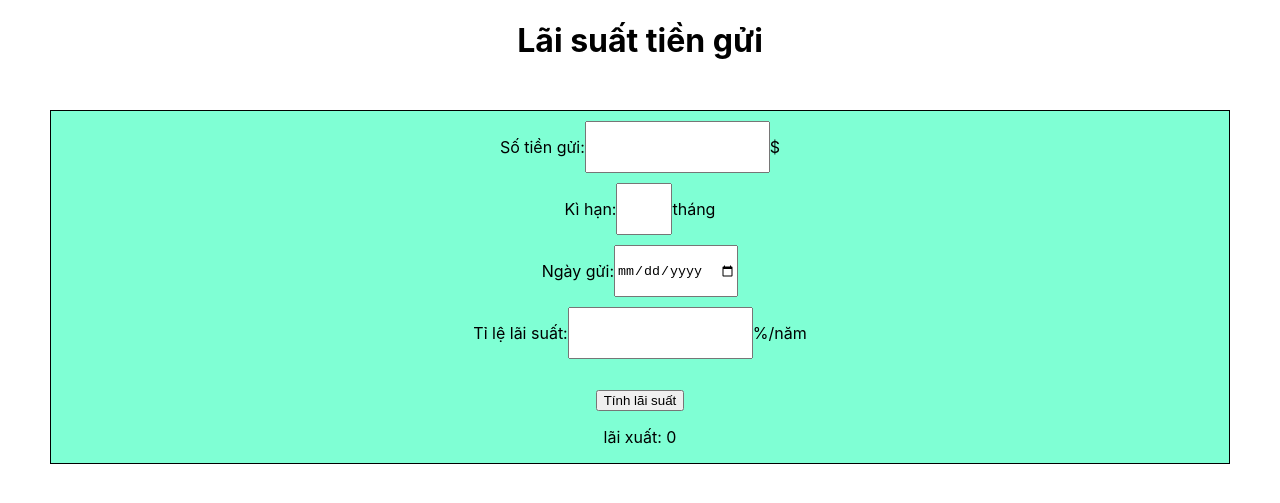
Repository: Trinvm1997/ReactExercise
Page: / (app in interest_rate/)
The author's editor kept a copy of each file at every save. The page is drawn from the files as they stood at one save, then again after the next save.
The browser window is 1280 px wide. The pictures show the whole page.
The project was rebuilt for these pictures with package versions that can differ from the ones it lists, and the page was loaded fresh each time.

Above is the page before, as saved 2020-12-24 10:15:53.

After the next save:
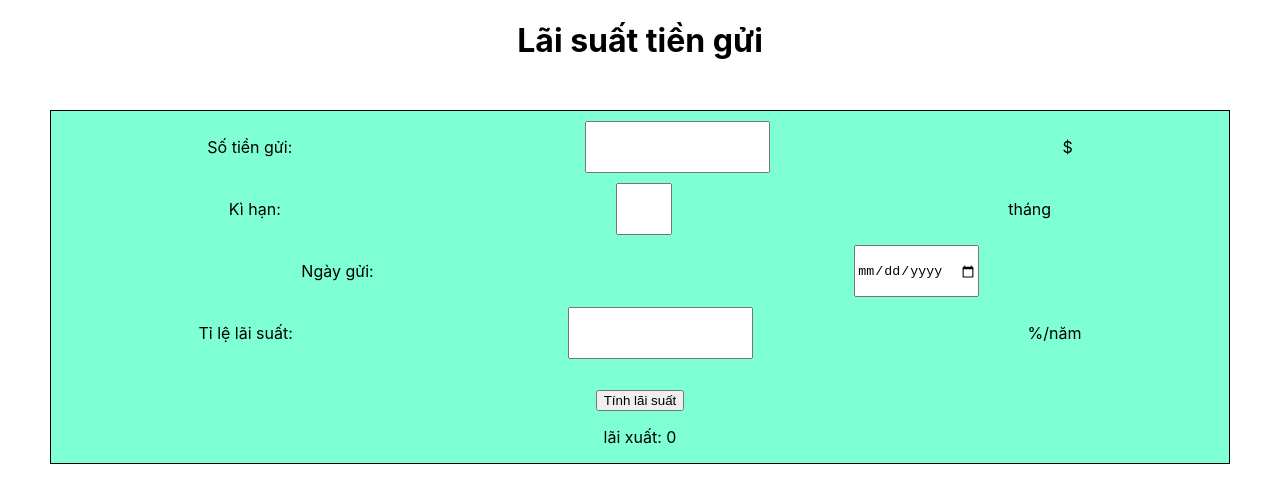
Saved 10 s later.
--- a/interest_rate/src/App.css
+++ b/interest_rate/src/App.css
@@ -50,5 +50,5 @@ form {
 form div {
   display: flex;
   margin: 10px;
-  justify-content: center;
+  justify-content: space-around;
 }
